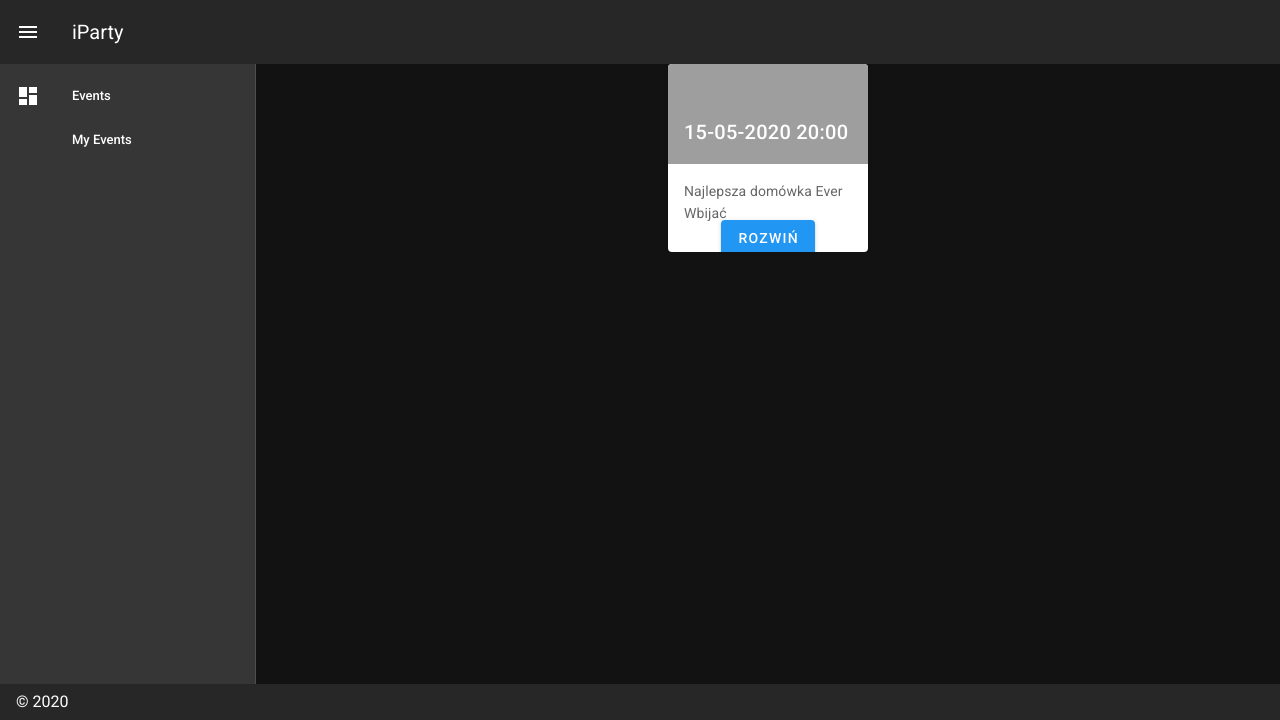
Repository: hexanek/partyapp
Page: /
These files come from the project's save history. The page is drawn as it stood at one moment and after the next save; the edit follows.
The browser window is 1280 px wide. The pictures show the whole page.
Pictures or frames that could not be fetched are drawn as grey boxes. The project was rebuilt for these pictures with package versions that can differ from the ones it lists, and the page was loaded fresh each time. Also part of the build but not shown: vue.config.js, src/components/PopupDetails.vue.

Above is the page before, as saved 2020-01-25 11:01:53.

After the next save:
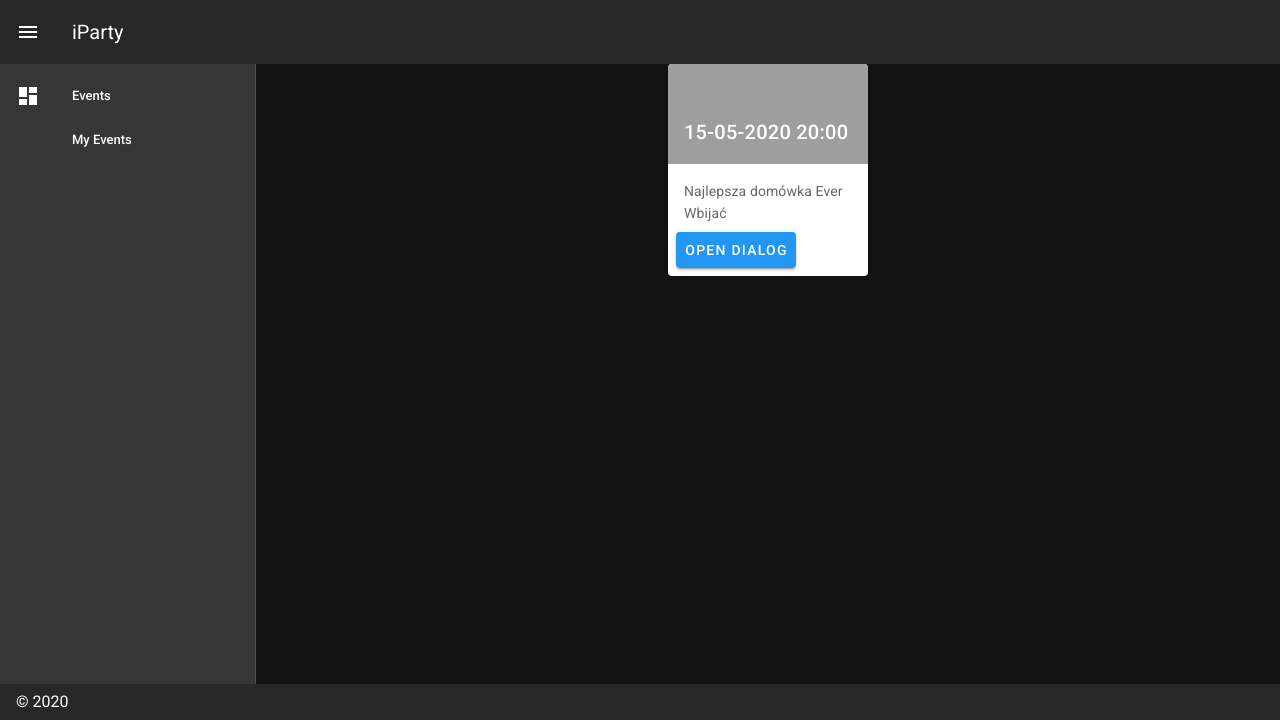
Saved 2 min 23 s later.
--- a/src/components/Popup.vue
+++ b/src/components/Popup.vue
@@ -22,18 +22,46 @@
     </v-card-text>
 
     <v-card-actions>
-      <v-row justify="center">
-    <v-dialog v-model="dialog" persistent max-width="290">
-      <template v-slot:activator="{ on }">
-        <v-btn color="primary" dark v-on="on">Rozwiń</v-btn>
-      </template>
+       <v-btn
+      color="primary"
+      dark
+      @click.stop="dialog = true"
+    >
+      Open Dialog
+    </v-btn>
+
+    <v-dialog
+      v-model="dialog"
+      max-width="290"
+    >
       <v-card>
         <v-card-title class="headline">Use Google's location service?</v-card-title>
-        <v-card-text>Let Google help apps determine location. This means sending anonymous location data to Google, even when no apps are running.</v-card-text>
+
+        <v-card-text>
+          Let Google help apps determine location. This means sending anonymous location data to Google, even when no apps are running.
+        </v-card-text>
+
         <v-card-actions>
           <v-spacer></v-spacer>
-          <v-btn color="green darken-1" text @click="dialog = false">Disagree</v-btn>
-          <v-btn color="green darken-1" text @click="dialog = false">Agree</v-btn>
+
+          <v-btn
+            color="green darken-1"
+            text
+            @click="dialog = false"
+          >
+            Disagree
+          </v-btn>
+
+          <v-btn
+            color="green darken-1"
+            text
+            @click="dialog = false"
+          >
+            Agree
+          </v-btn>
+        </v-card-actions>
+      </v-card>
+    </v-dialog>
         </v-card-actions>
       </v-card>
     </v-dialog>
